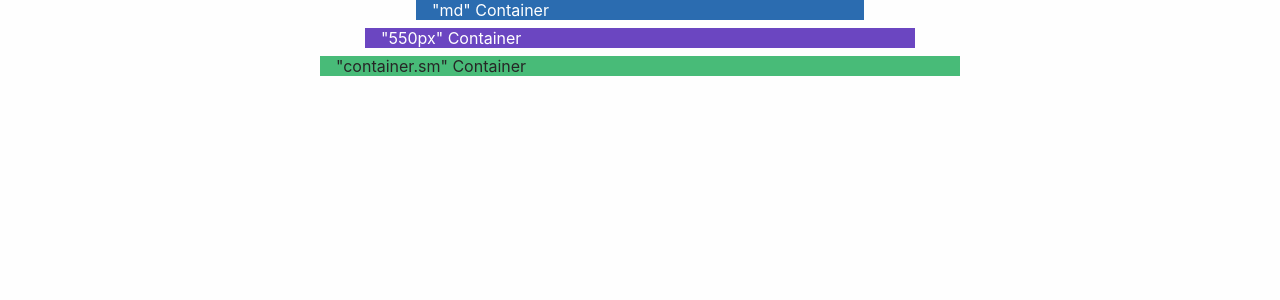
Repository: jorgelucasjs/chakra-ui-doc
Page: /
An editor plug-in stored every save of this project. The page is shown before and after the next save, followed by the edit.
The browser window is 1280 px wide. The pictures show the whole page.
The project was rebuilt for these pictures with package versions that can differ from the ones it lists, and the page was loaded fresh each time.

Above is the page before, as saved 2023-01-06 11:49:43.

After the next save:
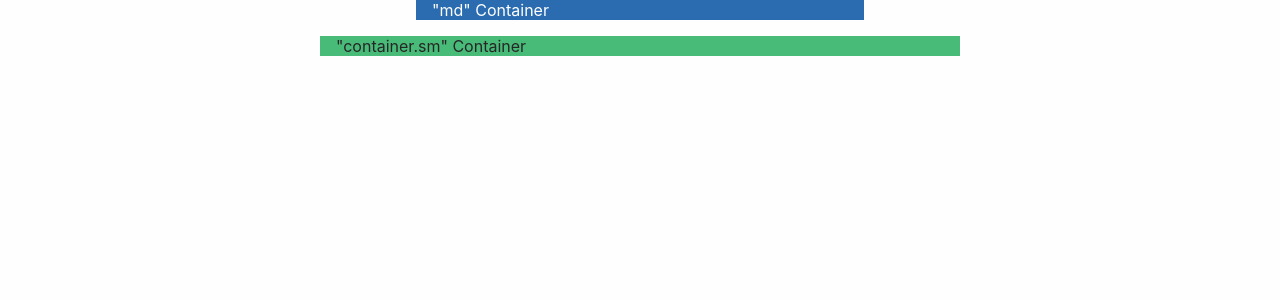
Saved 4 s later.
--- a/src/pages/index.tsx
+++ b/src/pages/index.tsx
@@ -17,7 +17,7 @@
 				<div>"md" Container</div>
 			</Container>
 			<Container maxW='550px' bg='purple.600' color='white'>
-				"550px" Container
+
 			</Container>
 			<Container maxW='container.sm' bg='green.400' color='#262626'>
 				"container.sm" Container

After the save that followed:
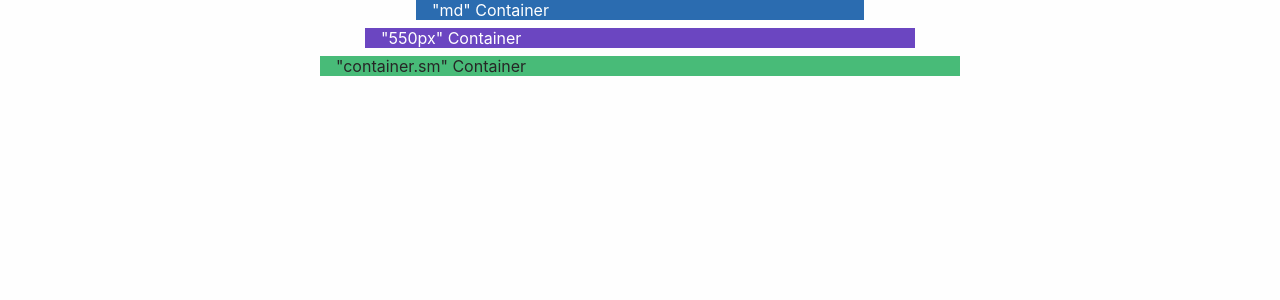
Saved 5 s later.
--- a/src/pages/index.tsx
+++ b/src/pages/index.tsx
@@ -17,7 +17,7 @@
 				<div>"md" Container</div>
 			</Container>
 			<Container maxW='550px' bg='purple.600' color='white'>
-
+				<div>"550px" Container</div>
 			</Container>
 			<Container maxW='container.sm' bg='green.400' color='#262626'>
 				"container.sm" Container
